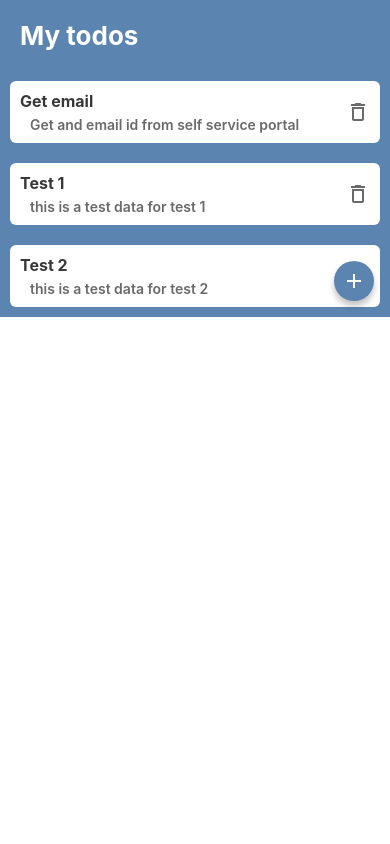
Repository: sadarsh216/Todo-App
Page: /
These files come from the project's save history. The page is drawn as it stood at one moment and after the next save; the edit follows.
The browser window is 390 px wide. The pictures show the whole page.
The app was drawn by React Native's web renderer in a window 390 px wide. The project was rebuilt for these pictures with package versions that can differ from the ones it lists, and the page was loaded fresh each time. Also part of the build but not shown: components/Modal.tsx.

Above is the page before, as saved 2021-10-09 14:49:19.

After the next save:
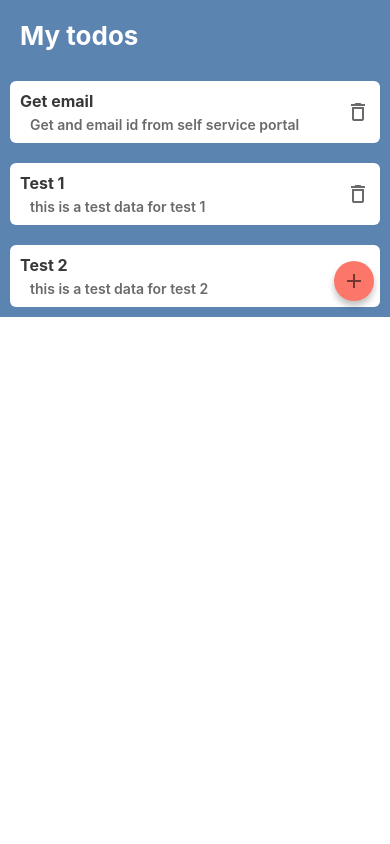
Saved 18 s later.
--- a/App.tsx
+++ b/App.tsx
@@ -38,7 +38,7 @@ export default function App() {
         <FAB
           style={{
             ...styles.fab,
-            backgroundColor: showAdd ? COLORS.secondary : COLORS.primary,
+            backgroundColor: showAdd ? COLORS.primary : COLORS.secondary,
           }}
           small
           icon={showAdd ? "close" : "plus"}
